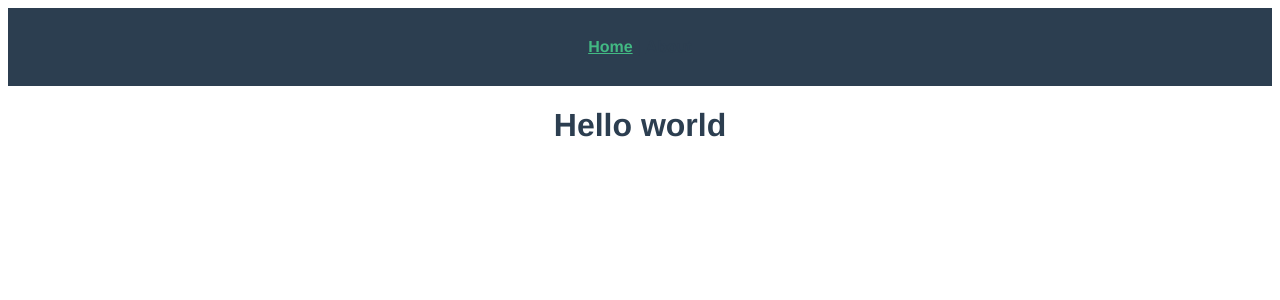
Repository: arif286/PokeDex-website
Page: /
An editor plug-in stored every save of this project. The page is shown before and after the next save, followed by the edit.
The browser window is 1280 px wide. The pictures show the whole page.
The project was rebuilt for these pictures with package versions that can differ from the ones it lists, and the page was loaded fresh each time.

Above is the page before, as saved 2021-06-02 20:31:16.

After the next save:
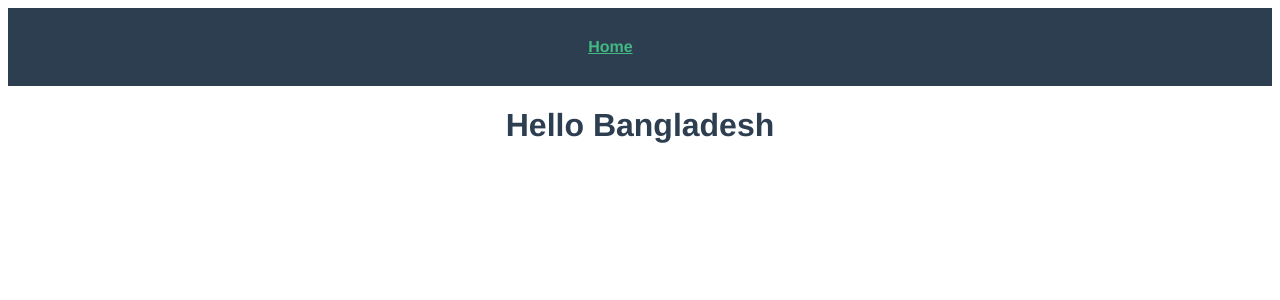
Saved 13 s later.
--- a/src/views/Home.vue
+++ b/src/views/Home.vue
@@ -14,7 +14,7 @@ export default {
   // }
   data(){
     return{
-      title: 'world'
+      title: 'Bangladesh'
     }
   },
   }
